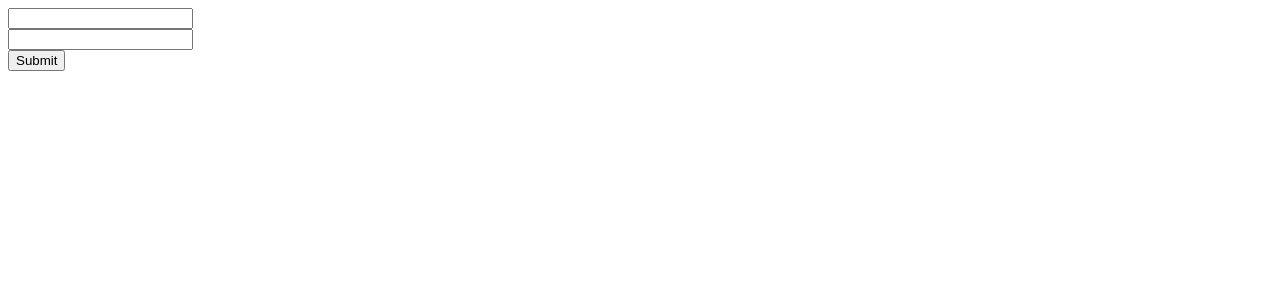
Repository: Lishwar333/Servlet_and_JSP
Page: Servlet_Practice_1/WebContent/index.html
These files come from the project's save history. The page is drawn as it stood at one moment and after the next save; the edit follows.
The browser window is 1280 px wide. The pictures show the whole page.

Above is the page before, as saved 2023-09-30 14:29:33.

### Servlet_Practice_1/WebContent/index.html
<!DOCTYPE html PUBLIC "-//W3C//DTD HTML 4.01 Transitional//EN" "http://www.w3.org/TR/html4/loose.dtd">
<html>
<body>

	<form action ="">

		<input type = "text" name="num1"><br>
		<input type ="text" name="num2"><br>
		<input type="submit"><br>

	</form>

</body>
</html>

After the next save:
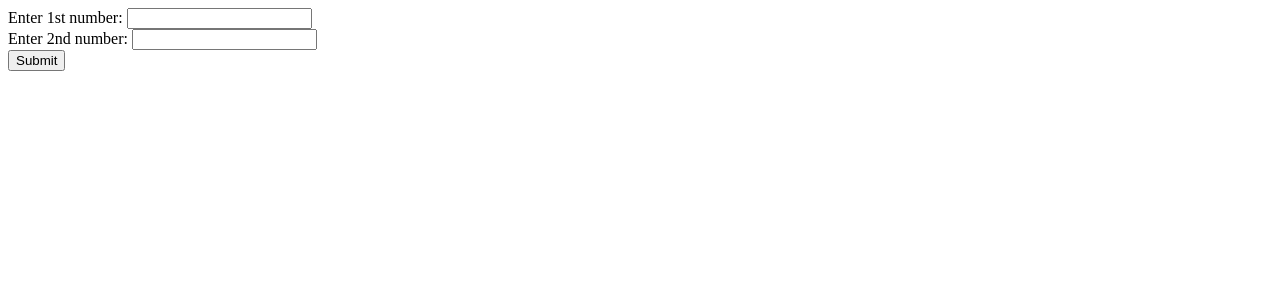
Saved 62 s later.
--- a/Servlet_Practice_1/WebContent/index.html
+++ b/Servlet_Practice_1/WebContent/index.html
@@ -4,8 +4,8 @@
 
 	<form action ="">
 
-		<input type = "text" name="num1"><br>
-		<input type ="text" name="num2"><br>
+		Enter 1st number: <input type = "text" name="num1"><br>
+		Enter 2nd number: <input type ="text" name="num2"><br>
 		<input type="submit"><br>
 
 	</form>
